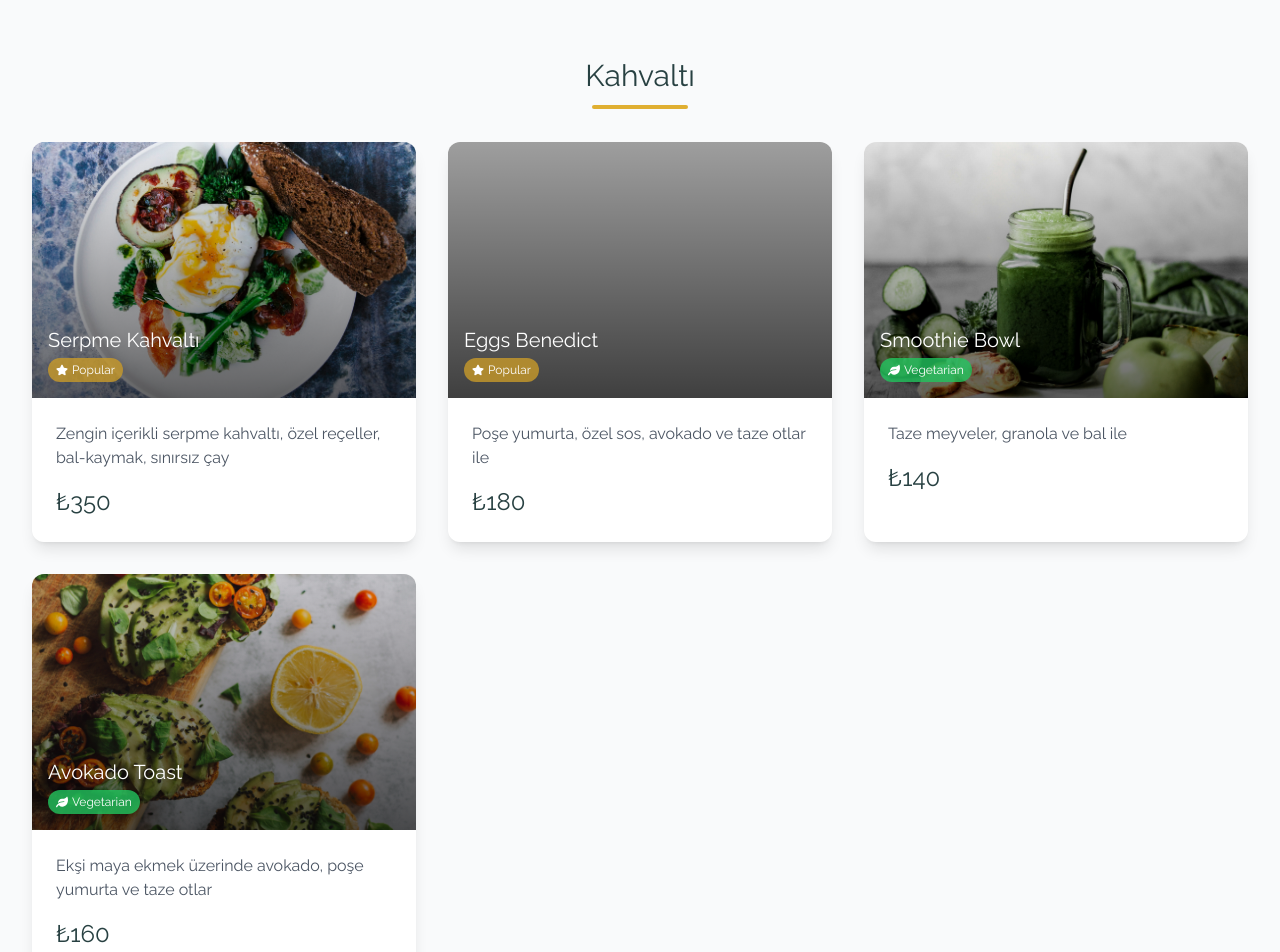
Repository: burakdemirrr/restaurant-website
Page: /
The author's editor kept a copy of each file at every save. The page is drawn from the files as they stood at one save, then again after the next save.
The browser window is 1280 px wide. The pictures show the part of the page from y = 1946 to 2898 px (the page is 7733 px tall).
Pictures or frames that could not be fetched are drawn as grey boxes. The page's requests for data from a server got no answer. The project was rebuilt for these pictures with package versions that can differ from the ones it lists, and the page was loaded fresh each time. The framework's server and built-in components were replaced by stand-ins that run in the browser. No one was signed in, and anything a server would have sent is missing. Also part of the build but not shown: next.config.ts.

Above is the page before, as saved 2025-01-06 15:12:52.

After the next save:
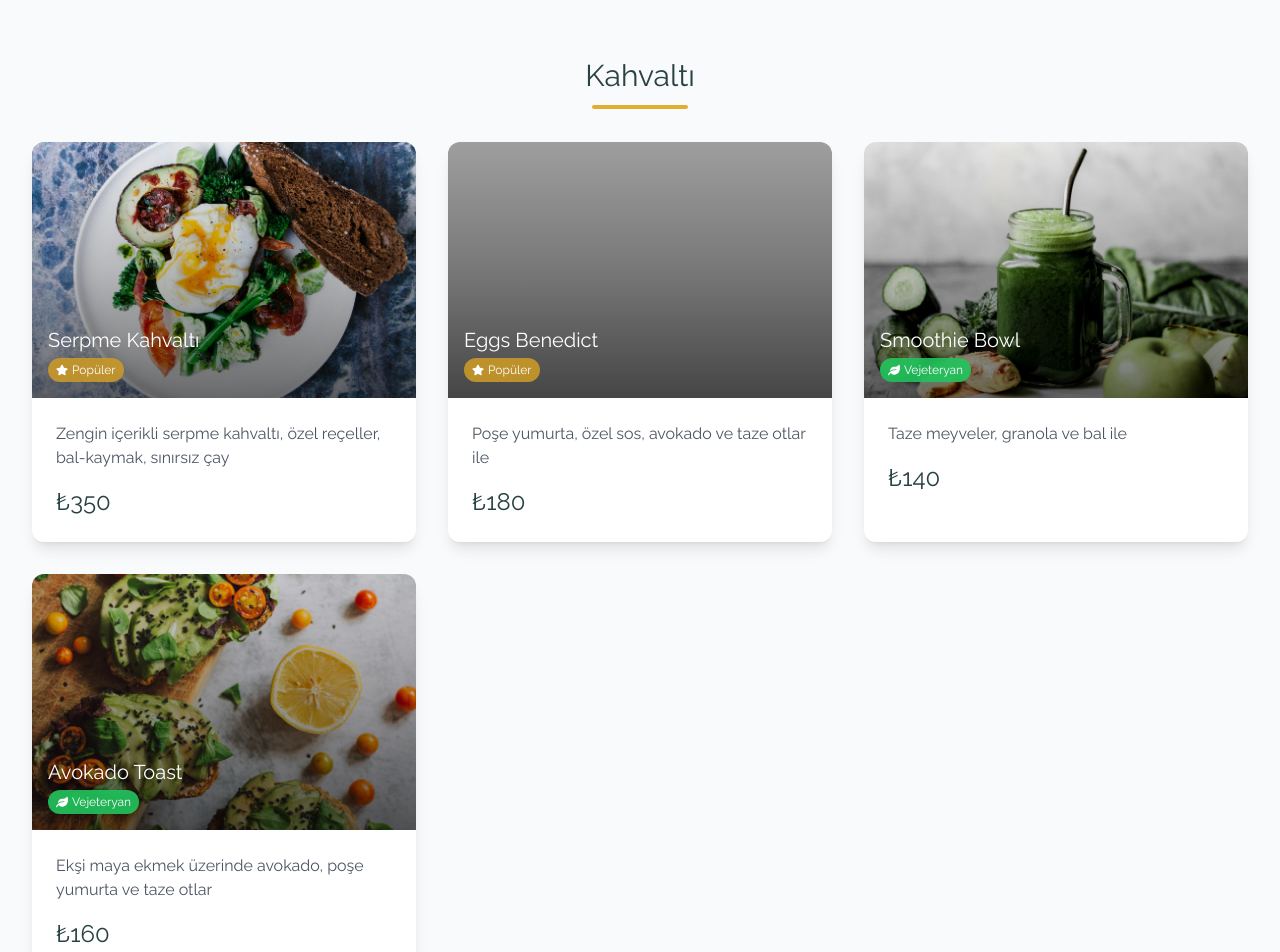
Saved 87 s later.
--- a/src/components/Menu.tsx
+++ b/src/components/Menu.tsx
@@ -146,7 +146,7 @@ export default function Menu() {
               .map((item, index) => (
                 <div
                   key={item.id}
-                  className="group bg-white rounded-xl shadow-lg overflow-hidden hover:shadow-xl transition-all duration-500 transform hover:-translate-y-2 animate-scale-up"
+                  className="group bg-white rounded-xl shadow-lg overflow-hidden hover:shadow-2xl transition-all duration-500 transform hover:-translate-y-2 hover:scale-[1.02] animate-scale-up"
                   style={{ animationDelay: `${(categoryIndex * 0.3) + (index * 0.15)}s` }}
                 >
                   <div className="relative h-64">
@@ -154,34 +154,34 @@ export default function Menu() {
                       src={item.image}
                       alt={item.name}
                       fill
-                      className="object-cover transition-transform duration-500 group-hover:scale-110"
+                      className="object-cover transition-all duration-700 group-hover:scale-110 group-hover:brightness-90"
                     />
-                    <div className="absolute inset-0 bg-gradient-to-t from-black/60 to-transparent" />
-                    <div className="absolute bottom-4 left-4 right-4">
+                    <div className="absolute inset-0 bg-gradient-to-t from-black/70 via-black/30 to-transparent opacity-80 transition-opacity duration-500 group-hover:opacity-90" />
+                    <div className="absolute bottom-4 left-4 right-4 transform transition-all duration-500 group-hover:translate-y-[-8px]">
                       <h4 className="text-xl font-display text-white mb-1">{item.name}</h4>
                       <div className="flex items-center space-x-2">
                         {item.isVegetarian && (
-                          <span className="bg-green-500/80 text-white text-xs px-2 py-1 rounded-full flex items-center">
-                            <FaLeaf className="mr-1" /> Vegetarian
+                          <span className="bg-green-500/90 backdrop-blur-sm text-white text-xs px-2 py-1 rounded-full flex items-center transition-transform duration-500 hover:scale-105">
+                            <FaLeaf className="mr-1" /> Vejeteryan
                           </span>
                         )}
                         {item.isSpicy && (
-                          <span className="bg-red-500/80 text-white text-xs px-2 py-1 rounded-full flex items-center">
-                            <FaFire className="mr-1" /> Spicy
+                          <span className="bg-red-500/90 backdrop-blur-sm text-white text-xs px-2 py-1 rounded-full flex items-center transition-transform duration-500 hover:scale-105">
+                            <FaFire className="mr-1" /> Acı
                           </span>
                         )}
                         {item.isPopular && (
-                          <span className="bg-gold-500/80 text-white text-xs px-2 py-1 rounded-full flex items-center">
-                            <FaStar className="mr-1" /> Popular
+                          <span className="bg-gold-500/90 backdrop-blur-sm text-white text-xs px-2 py-1 rounded-full flex items-center transition-transform duration-500 hover:scale-105">
+                            <FaStar className="mr-1" /> Popüler
                           </span>
                         )}
                       </div>
                     </div>
                   </div>
-                  <div className="p-6">
-                    <p className="text-gray-600 mb-4">{item.description}</p>
+                  <div className="p-6 transform transition-all duration-500 group-hover:bg-gray-50">
+                    <p className="text-gray-600 mb-4 transition-all duration-500 group-hover:text-gray-800">{item.description}</p>
                     <div className="flex justify-between items-center">
-                      <span className="text-2xl font-display text-primary-800">{item.price}</span>
+                      <span className="text-2xl font-display text-primary-800 transition-all duration-500 group-hover:text-primary-900 group-hover:scale-105">{item.price}</span>
                     </div>
                   </div>
                 </div>
